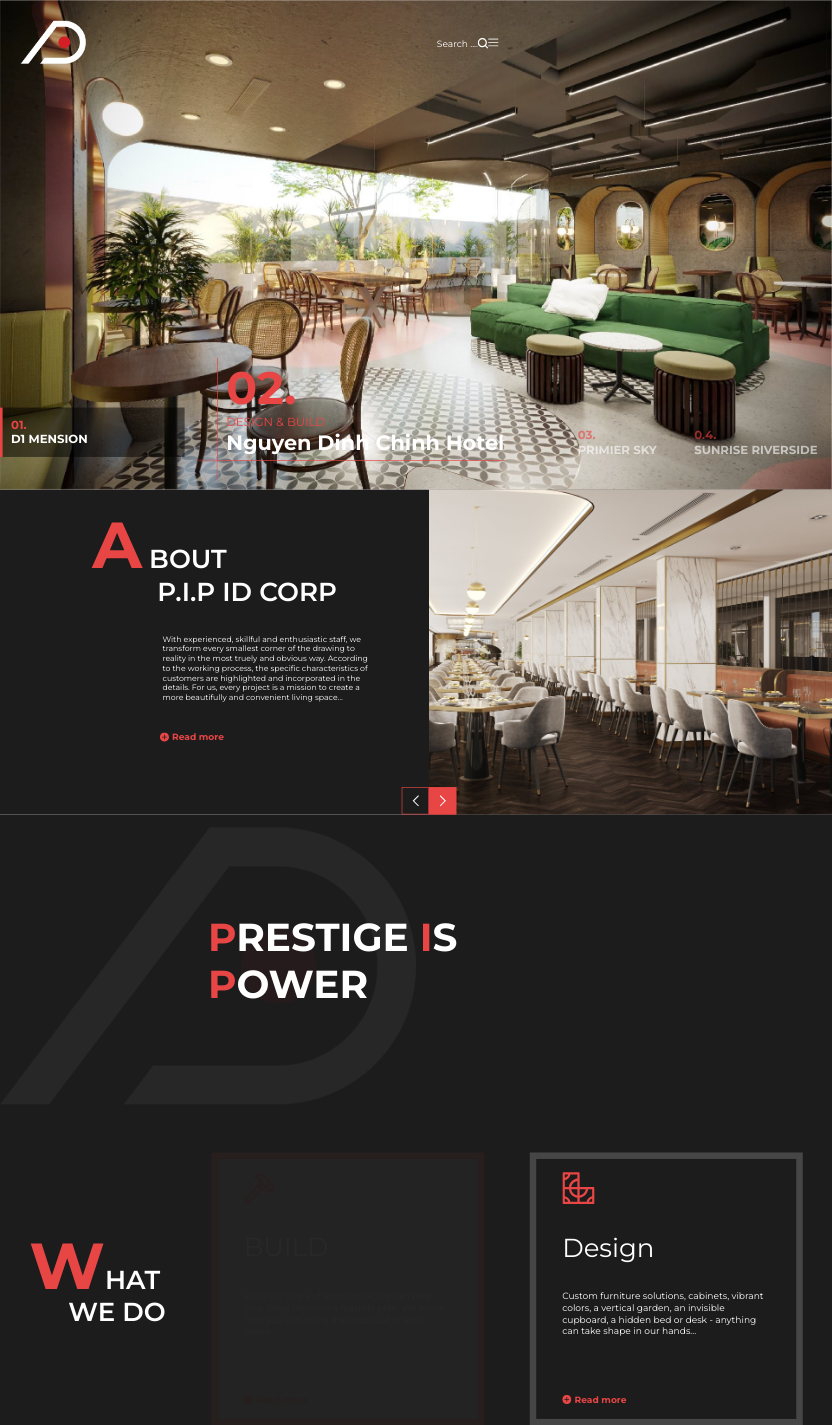
Repository: huudang2840/pipHomePage
Page: index.html
These files come from the project's save history. The page is drawn as it stood at one moment and after the next save; the edit follows.
The browser window is 1280 px wide. The pictures show the whole page, at 65% of full size.
Pictures or frames that could not be fetched are drawn as grey boxes.

Above is the page before, as saved 2023-03-21 15:20:17.

### index.html
<!DOCTYPE html>
<html lang="en">
  <head>
    <meta charset="UTF-8" />
    <meta http-equiv="X-UA-Compatible" content="IE=edge" />
    <meta name="viewport" content="width=device-width, initial-scale=1.0" />
    <title>Pip Home Page</title>

    <!-- CSS -->
    <link rel="stylesheet" href="style/style.css" />

    <!-- Fonts -->
    <link rel="preconnect" href="https://fonts.googleapis.com" />
    <link rel="preconnect" href="https://fonts.gstatic.com" crossorigin />
    <link
      href="https://fonts.googleapis.com/css2?family=Montserrat:wght@400;600;700&display=swap"
      rel="stylesheet"
    />
  </head>
  <body>
    <!-- Header -->
    <header class="header">
      <div class="header__img">
        <img src="/img/logo.png" alt="" />
      </div>
      <div class="header__option">
        <div class="option__search">
          <p>Search ....</p>
          <svg
            width="16"
            height="17"
            viewBox="0 0 16 17"
            fill="none"
            xmlns="http://www.w3.org/2000/svg"
          >
            <path
              d="M15.7189 14.9442L12.6438 11.8691C13.5758 10.6491 14.0869 9.16936 14.0871 7.60786C14.0871 5.72609 13.3542 3.95682 12.0234 2.62623C10.6928 1.29564 8.92376 0.562744 7.04176 0.562744C5.15999 0.562744 3.39072 1.29564 2.06013 2.62623C-0.68671 5.3733 -0.68671 9.84287 2.06013 12.5895C3.39072 13.9203 5.15999 14.6532 7.04176 14.6532C8.60326 14.653 10.0831 14.1419 11.3031 13.2099L14.3781 16.285C14.563 16.4701 14.8059 16.5627 15.0485 16.5627C15.2911 16.5627 15.5339 16.4701 15.7189 16.285C16.0892 15.9148 16.0892 15.3143 15.7189 14.9442ZM3.40091 11.2487C1.39344 9.24124 1.39368 5.97471 3.40091 3.96701C4.37339 2.99476 5.66649 2.4591 7.04176 2.4591C8.41726 2.4591 9.71012 2.99476 10.6826 3.96701C11.6551 4.93949 12.1908 6.23258 12.1908 7.60786C12.1908 8.98336 11.6551 10.2762 10.6826 11.2487C9.71012 12.2212 8.41726 12.7568 7.04176 12.7568C5.66649 12.7568 4.37339 12.2212 3.40091 11.2487Z"
              fill="white"
            />
          </svg>
        </div>
        <div class="option__lang"></div>
        <div class="option__menu">
          <svg
            width="16"
            height="13"
            viewBox="0 0 16 13"
            fill="none"
            xmlns="http://www.w3.org/2000/svg"
          >
            <path
              d="M16 10.9167V12.25H0V10.9167H16ZM16 5.58333V6.91667H0V5.58333H16ZM16 0.25V1.58333H0V0.25H16Z"
              fill="white"
            />
          </svg>
        </div>
        <div class="option__share"></div>
      </div>
    </header>

    <!-- Main -->
    <section>
      <div class="intro">
        <div class="intro__background">
          <img src="/img/page1.png" alt="" srcset="" id="masked" />
        </div>
        <div class="intro__list">
          <div class="list__left">
            <div>
              <span>
                <p>01.</p>
                <p>D1 Mension</p>
              </span>
            </div>
            <div>
              <span id="active_intro">
                <h1>02.</h1>
                <p>Design & build</p>
                <h1>Nguyen Dinh Chinh Hotel</h1>
                <div class="border__box"></div>
              </span>
            </div>
          </div>

          <div class="list__right">
            <div>
              <span>
                <p>03.</p>
                <p>Primier Sky</p>
              </span>
            </div>
            <div>
              <span>
                <p>0.4.</p>
                <p>Sunrise Riverside</p>
              </span>
            </div>
          </div>
        </div>
      </div>
      <div class="about">
        <div class="about__left">
          <span>
            <span>
              <h1><span class="text-red">A</span> bout</h1>
            </span>
            <h1 class="ml-100">P.I.P ID CORP</h1>
          </span>
          <span class="about__left__textaera">
            <p>
              With experienced, skillful and enthusiastic staff, we transform every smallest corner
              of the drawing to reality in the most truely and obvious way. According to the working
              process, the specific characteristics of customers are highlighted and incorporated in
              the details. For us, every project is a mission to create a more beautifully and
              convenient living space…
            </p>
          </span>
          <div class="read-more">
            <svg
              width="14"
              height="14"
              viewBox="0 0 14 14"
              fill="none"
              xmlns="http://www.w3.org/2000/svg"
            >
              <path
                d="M7 0C3.14005 0 0 3.14005 0 7C0 10.86 3.14005 14 7 14C10.86 14 14 10.86 14 7C14 3.14005 10.86 0 7 0ZM10.0625 7.5833H7.5833V10.0625C7.5833 10.3845 7.32204 10.6458 7 10.6458C6.67796 10.6458 6.4167 10.3845 6.4167 10.0625V7.5833H3.9375C3.61546 7.5833 3.3542 7.32204 3.3542 7C3.3542 6.67796 3.61546 6.4167 3.9375 6.4167H6.4167V3.9375C6.4167 3.61546 6.67796 3.3542 7 3.3542C7.32204 3.3542 7.5833 3.61546 7.5833 3.9375V6.4167H10.0625C10.3845 6.4167 10.6458 6.67796 10.6458 7C10.6458 7.32204 10.3845 7.5833 10.0625 7.5833Z"
                fill="#E84545"
              />
            </svg>
            <p>Read more</p>
          </div>
          <div class="arrow_prev">
            <svg
              width="11"
              height="18"
              viewBox="0 0 11 18"
              fill="none"
              xmlns="http://www.w3.org/2000/svg"
            >
              <path d="M10 17L2 9L10 1" stroke="white" stroke-width="1.6" />
            </svg>
          </div>
        </div>
        <div class="about__right">
          <img src="/img/about.jpeg" alt="" />
          <div class="arrow_next">
            <svg
              width="11"
              height="18"
              viewBox="0 0 11 18"
              fill="none"
              xmlns="http://www.w3.org/2000/svg"
            >
              <path d="M1 1L9 9L1 17" stroke="white" stroke-width="1.6" />
            </svg>
          </div>
        </div>
      </div>
      <div class="wedo">
        <div class="wedo__top">
          <div class="wedo__top__logo">
            <img src="/img/logo2.png" alt="" srcset="" />
          </div>
          <h2 class="wedo__top__text"><span>P</span>restige <span>i</span>s <span>P</span>ower</h2>
        </div>
        <div class="wedo__bottom">
          <span>
            <h1 class="wedo__bottom__text"><span class="text-red">W</span>hat</h1>
            <h1 class="wedo__bottom__text">We do</h1>
          </span>

          <div class="wedo__bottom__item selected">
            <!-- <img src="/img/wedo1.png" alt="" /> -->
            <svg
              width="50"
              height="48"
              viewBox="0 0 50 48"
              fill="none"
              xmlns="http://www.w3.org/2000/svg"
            >
              <path
                d="M48.9873 21.1033L44.931 17.0479C44.6268 16.7437 44.2209 16.5625 43.7911 16.5386L40.962 16.3804L40.8901 13.6863C40.8782 13.2385 40.6953 12.8113 40.3783 12.4951L32.3717 4.48853C30.1056 2.22241 27.0927 0.973145 23.8875 0.973145C23.8849 0.973145 23.8823 0.973145 23.8798 0.973145C20.6754 0.974854 17.6633 2.22412 15.3989 4.48853C14.9683 4.91919 14.7922 5.54126 14.9341 6.13257C15.0759 6.72559 15.5151 7.20068 16.0936 7.39038C22.7092 9.54797 24.1731 12.4049 24.6757 15.0402L2.11755 37.5984C-0.0357666 39.7517 -0.0357666 43.2551 2.11755 45.4084C4.27087 47.5618 7.77429 47.5618 9.92761 45.4084L28.4667 26.8694C28.4674 26.8686 28.4685 26.8684 28.4692 26.8677C28.47 26.8669 28.4702 26.8659 28.4709 26.8651L32.5843 22.7518L34.5305 22.804L34.6976 25.6372C34.7224 26.0645 34.9036 26.4695 35.2069 26.772L39.2632 30.8274C39.605 31.1692 40.0527 31.3401 40.5005 31.3401C40.9482 31.3401 41.396 31.1692 41.7378 30.8274L48.9873 23.5779C49.3154 23.2498 49.5 22.8054 49.5 22.3406C49.5 21.8757 49.3154 21.4314 48.9873 21.1033ZM38.1523 24.7673L37.978 21.8125C37.9532 21.3853 37.7721 20.9802 37.4688 20.6777L36.6296 19.8386C36.285 19.5467 35.8884 19.3765 35.4393 19.3259L32.6357 19.2507L28.1915 14.8074C27.6429 11.4988 26.0912 7.94067 20.2883 5.26782C21.3983 4.74829 22.6194 4.47485 23.8823 4.47314H23.8875C26.157 4.47314 28.2915 5.35669 29.8971 6.96313L37.4106 14.4758L37.4858 17.3025C37.5493 17.7349 37.6595 18.1839 37.9918 18.4919L37.9952 18.4886C37.9967 18.4901 37.997 18.4922 37.9985 18.4937L38.8265 19.3208C39.1307 19.625 39.5366 19.8062 39.9656 19.8301L42.929 19.9958L45.2754 22.3406L40.5005 27.1155L38.1523 24.7673ZM7.453 42.9338C6.66345 43.7234 5.38171 43.7234 4.59216 42.9338C3.80347 42.1443 3.80347 40.8625 4.59216 40.073L21.8961 22.7691L24.7569 25.6299L7.453 42.9338ZM27.2315 23.1553L24.3707 20.2945L26.5492 18.116L29.41 20.9768L27.2315 23.1553Z"
                fill="#E84545"
              />
            </svg>
            <h3>BUILD</h3>
            <p>
              With our years of experience, we can help your ideas become a feasible plan. We know
              how you can bring the most out of your space...
            </p>
            <div class="read-more">
              <svg
                width="14"
                height="14"
                viewBox="0 0 14 14"
                fill="none"
                xmlns="http://www.w3.org/2000/svg"
              >
                <path
                  d="M7 0C3.14005 0 0 3.14005 0 7C0 10.86 3.14005 14 7 14C10.86 14 14 10.86 14 7C14 3.14005 10.86 0 7 0ZM10.0625 7.5833H7.5833V10.0625C7.5833 10.3845 7.32204 10.6458 7 10.6458C6.67796 10.6458 6.4167 10.3845 6.4167 10.0625V7.5833H3.9375C3.61546 7.5833 3.3542 7.32204 3.3542 7C3.3542 6.67796 3.61546 6.4167 3.9375 6.4167H6.4167V3.9375C6.4167 3.61546 6.67796 3.3542 7 3.3542C7.32204 3.3542 7.5833 3.61546 7.5833 3.9375V6.4167H10.0625C10.3845 6.4167 10.6458 6.67796 10.6458 7C10.6458 7.32204 10.3845 7.5833 10.0625 7.5833Z"
                  fill="#E84545"
                />
              </svg>
              <p>Read more</p>
            </div>
          </div>
          <div class="wedo__bottom__item">
            <svg
              width="50"
              height="50"
              viewBox="0 0 50 50"
              fill="none"
              xmlns="http://www.w3.org/2000/svg"
            >
              <path
                d="M47.75 23.25H26.75V2.25C26.75 1.28357 25.9664 0.5 25 0.5H2.25C1.28357 0.5 0.5 1.28357 0.5 2.25V47.75C0.5 48.7164 1.28357 49.5 2.25 49.5H47.75C48.7164 49.5 49.5 48.7164 49.5 47.75V39V25C49.5 24.0336 48.7164 23.25 47.75 23.25ZM46 37.4081C41.6125 38.1488 38.1488 41.6125 37.4081 46H26.75V39.7627C33.554 38.9605 38.9605 33.554 39.7627 26.75H46V37.4081ZM46 46H40.9713C41.6062 43.5433 43.5433 41.6062 46 40.9713V46ZM4 12.5919C8.3875 11.8512 11.8512 8.3875 12.5919 4H23.25V10.2373C16.446 11.0395 11.0395 16.446 10.2373 23.25H4V12.5919ZM4 4H9.02869C8.3938 6.45667 6.45667 8.3938 4 9.02869V4ZM23.25 26.75V36.226C18.3799 35.4688 14.5312 31.6201 13.774 26.75H23.25ZM26.75 26.75H36.2408C35.4855 31.6218 31.6204 35.4564 26.75 36.2148V26.75ZM23.25 23.25H13.7852C14.5436 18.3796 18.3782 14.5145 23.25 13.7592V23.25ZM4 46V40.9713C6.45667 41.6062 8.3938 43.5433 9.02869 46H4ZM4 37.4081V26.75H10.2373C11.0395 33.554 16.446 38.9605 23.25 39.7627V46H12.5919C11.8512 41.6125 8.3875 38.1488 4 37.4081Z"
                fill="#E84545"
              />
            </svg>
            <h3>Design</h3>
            <p>
              Custom furniture solutions, cabinets, vibrant colors, a vertical garden, an invisible
              cupboard, a hidden bed or desk - anything can take shape in our hands...
            </p>
            <div class="read-more">
              <svg
                width="14"
                height="14"
                viewBox="0 0 14 14"
                fill="none"
                xmlns="http://www.w3.org/2000/svg"
              >
                <path
                  d="M7 0C3.14005 0 0 3.14005 0 7C0 10.86 3.14005 14 7 14C10.86 14 14 10.86 14 7C14 3.14005 10.86 0 7 0ZM10.0625 7.5833H7.5833V10.0625C7.5833 10.3845 7.32204 10.6458 7 10.6458C6.67796 10.6458 6.4167 10.3845 6.4167 10.0625V7.5833H3.9375C3.61546 7.5833 3.3542 7.32204 3.3542 7C3.3542 6.67796 3.61546 6.4167 3.9375 6.4167H6.4167V3.9375C6.4167 3.61546 6.67796 3.3542 7 3.3542C7.32204 3.3542 7.5833 3.61546 7.5833 3.9375V6.4167H10.0625C10.3845 6.4167 10.6458 6.67796 10.6458 7C10.6458 7.32204 10.3845 7.5833 10.0625 7.5833Z"
                  fill="#E84545"
                />
              </svg>
              <p>Read more</p>
            </div>
          </div>
        </div>
      </div>
      <div class="projects"></div>
      <div class="customer"></div>
      <div class="contact"></div>
    </section>

    <!-- Footer -->
    <footer></footer>
  </body>
  <script src="/js/index.js"></script>
</html>

### style/style.css
:root {
  --color-bg: #1c1c1c;
  --color-red: #e84545;
}
* {
  margin: 0;
  padding: 0;
  color: white;
  font-family: "Montserrat", sans-serif;
  font-size: 14px;
  font-weight: 400;
  list-style: none;
}
/* Header */
.header {
  position: fixed;
  display: flex;
  width: 100%;
  background-color: transparent;
  justify-content: space-between;
  align-items: center;
  z-index: 10;
  padding: 32px;
}
.header__img {
  flex: 1;
}
.header__img > img {
  width: 100px;
  height: 66px;
}
#masked {
  z-index: 10;
  /* background-color: black; */
  /* background: radial-gradient(50% 50% at 50% 50%, rgba(0, 0, 0, 0) 0%, #000000 100%); */

  /* -webkit-mask-image: radial-gradient(
    circle at 50% 50%,
    rgb(0, 0, 0) 40%,
    rgba(0, 0, 0, 0.617) 70%
  ); */

  /* -webkit-mask-image: radial-gradient(circle at center, red 0, blue, green 100%); */
}

.header__option {
  flex: 1;
  width: 100px;
  height: 66px;
  display: flex;
  align-items: center;
}

.option__search {
  display: flex;
}
.option__menu {
  width: 50px;
}

/* Intro */
.intro {
  position: relative;
}
.intro__background {
  height: 100%;
  width: 100%;
}

.intro__background > img {
  width: 100%;
  object-fit: cover;
  display: block;
}
.intro__list {
  display: flex;
  width: 100%;
  position: absolute;
  bottom: 50px;
  justify-content: space-between;
}

.intro__list span {
  height: 100%;
  display: flex;
  flex-direction: column;
  justify-content: center;
  padding-left: 13px;
}
.intro__list span > * {
  font-size: 18px;
  font-weight: 700;
  text-transform: uppercase;
  z-index: 10;
}
.intro__list span > p:nth-child(1) {
  color: var(--color-red);
}
.list__left {
  display: flex;
  flex: 2;
}
.list__left div:nth-child(1) {
  height: 76px;
  width: 280px;
  align-self: end;
  border-left: 4px solid var(--color-red);
  background: rgb(0, 0, 0, 0.5);
}

.list__right {
  display: flex;
  flex: 1;
  align-self: flex-end;
  opacity: 0.6;
  justify-content: space-around;
}

#active_intro {
  margin-left: 50px;
  border-bottom: 1px solid var(--color-red);
  border-left: 1px solid var(--color-red);
  position: relative;
  padding-bottom: 5px;
}
#active_intro h1:nth-child(1) {
  font-size: 70px;
  color: var(--color-red);
}
#active_intro p {
  font-size: 18px;
  font-weight: 400;
  color: var(--color-red);
}
#active_intro h1:nth-child(3) {
  font-size: 32px;
  text-transform: none;
}

.border__box {
  position: absolute;
  left: -31px;
  bottom: -31px;
  height: 30px;
  width: 30px;
  border-top: 1px solid var(--color-red);
  border-right: 1px solid var(--color-red);
}
/* About */
.about {
  background-color: var(--color-bg);
  display: flex;
  height: 500px;
}
.about__left {
  flex: 1;
  padding-top: 60px;
  display: flex;
  flex-direction: column;
  align-items: center;
  position: relative;
}
.arrow_prev {
  display: flex;
  position: absolute;
  height: 40px;
  width: 40px;
  border: 1.6px solid var(--color-red);
  align-items: center;
  justify-content: center;
  bottom: 0;
  right: 0;
}
.text-red {
  font-weight: 700;
  font-size: 100px;
  /* line-height: 195px; */
  color: var(--color-red);
}
.about__left h1 {
  font-weight: 600;
  font-size: 40px;
  text-transform: uppercase;
  line-height: 50px;
}
.text-about {
  display: flex;
}
.about__right {
  flex: 1;
  position: relative;
}
.arrow_next {
  display: flex;
  position: absolute;
  height: 40px;
  width: 40px;
  border: 1.6px solid var(--color-red);
  background-color: var(--color-red);
  align-items: center;
  justify-content: center;
  bottom: 0;
  left: 1;
}
.about__right > img {
  height: 100%;
  width: 100%;
  object-fit: cover;
}
.about__left__textaera {
  margin-top: 40px;
}
.about__left__textaera p {
  margin-left: 250px;
  margin-right: 90px;
  width: 320px;
  overflow-wrap: break-word;
  font-size: 12px;
}
.read-more {
  display: flex;
  margin-top: 45px;
  margin-right: 70px;
  align-items: center;
}
.read-more p {
  margin-left: 5px;
  color: var(--color-red);
  font-weight: 700;
}
.ml-100 {
  margin-left: 100px;
}

/* Wedo */
.wedo {
  background-color: var(--color-bg);
}
.wedo__top {
  position: relative;
  width: 100%;
}

.wedo__top__logo {
  padding-top: 20px;
  opacity: 0.05;
  width: 50%;
}
.wedo__top__text {
  position: absolute;
  top: 50%;
  left: 50%;
  /* width: 100%; */
  transform: translate(-50%, -50%);
  font-weight: 700;
  font-size: 60px;
  text-transform: uppercase;
}

.wedo__top__text span {
  font-weight: 700;
  font-size: 60px;
  color: var(--color-red);
}

.wedo__top__logo img {
  width: 100%;
  height: 100%;
}
.wedo__bottom {
  display: flex;
  align-items: center;
  justify-content: center;
  padding-top: 70px;
}
.wedo__bottom__text:nth-child(2) {
  margin-left: 60px;
}
.wedo__bottom__item {
  height: 400px;
  width: 400px;
  border: 10px solid #464646;
  margin-left: 70px;
  display: flex;
  flex-direction: column;
  justify-content: space-around;
}
.selected {
  border: 10px solid var(--color-red);
  background-image: url("/img/wedo1.png");
  opacity: 0.05;
}
.wedo__bottom__item > * {
  padding: 0 40px;
}
.wedo__bottom__item h3 {
  font-size: 40px;
}

.wedo__bottom h1 {
  font-weight: 600;
  font-size: 40px;
  text-transform: uppercase;
  line-height: 50px;
}

Loaded but not shown: js/index.js (no copy from this time; the picture is the same without it)

After the next save:
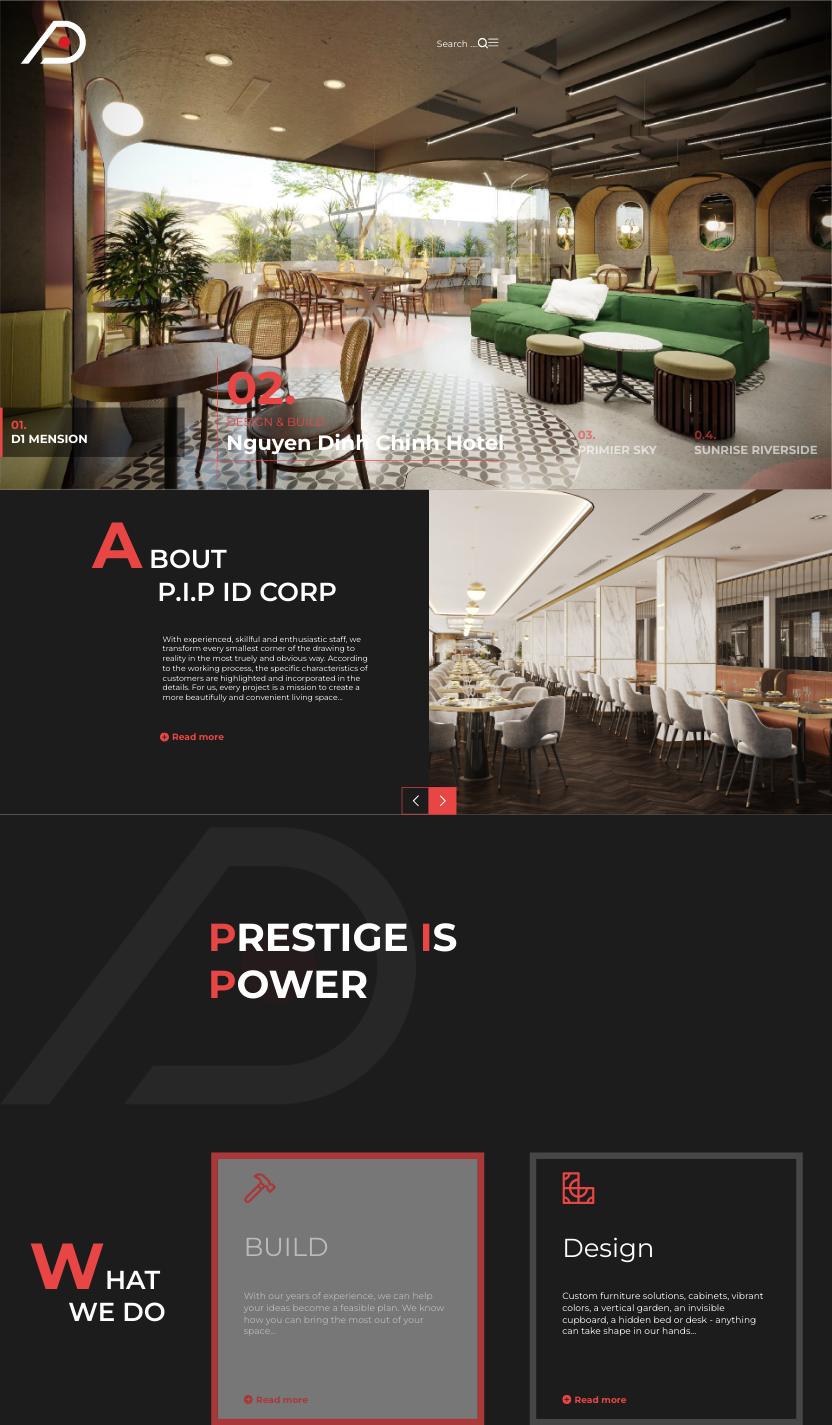
Saved 23 s later.
--- a/style/style.css
+++ b/style/style.css
@@ -288,7 +288,7 @@
 .selected {
   border: 10px solid var(--color-red);
   background-image: url("/img/wedo1.png");
-  opacity: 0.05;
+  opacity: 0.7;
 }
 .wedo__bottom__item > * {
   padding: 0 40px;
